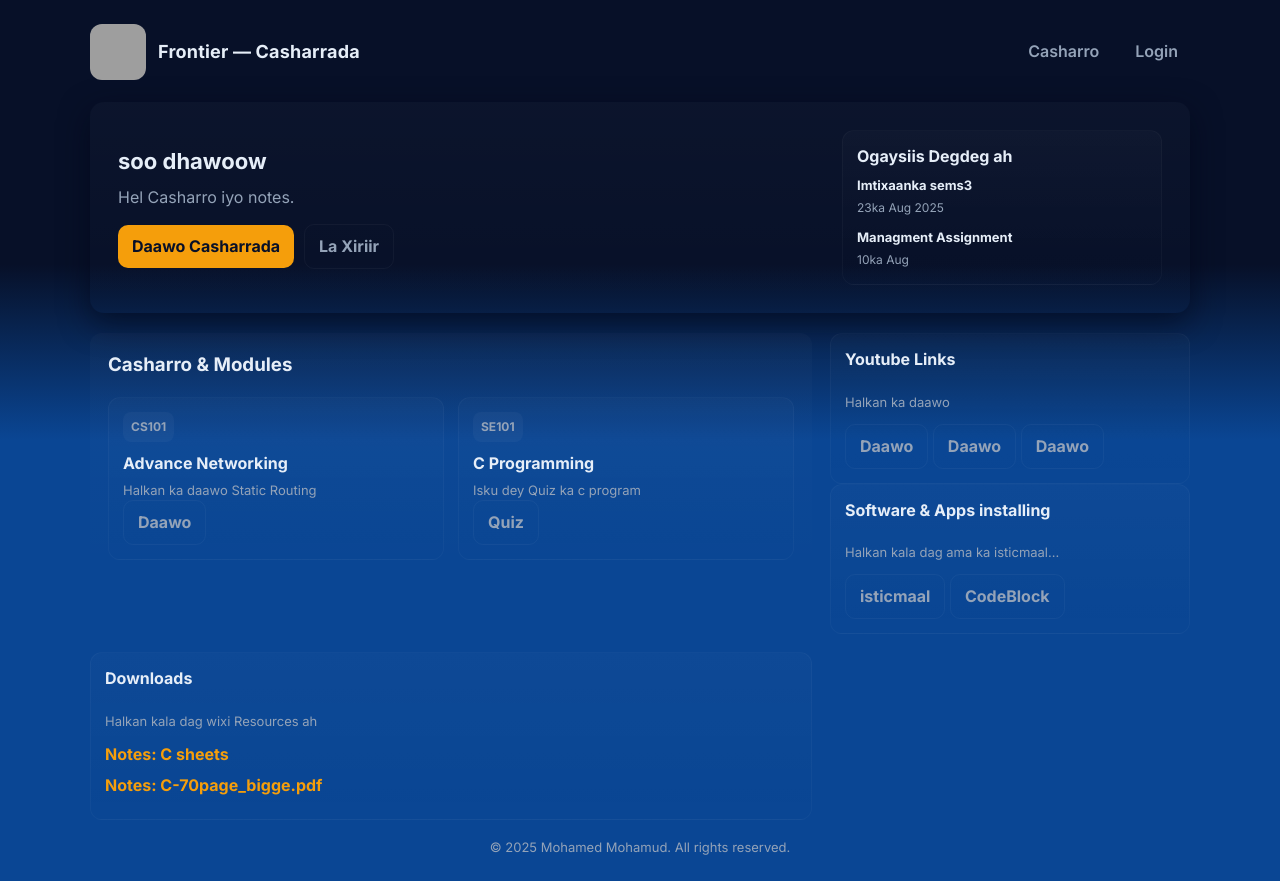
Repository: mrfiiqane/Al-Tacaawun.com
Page: index.html
An editor plug-in stored every save of this project. The page is shown before and after the next save, followed by the edit.
The browser window is 1280 px wide. The pictures show the whole page.
Pictures or frames that could not be fetched are drawn as grey boxes.

Above is the page before, as saved 2025-08-12 08:51:01.

After the next save:
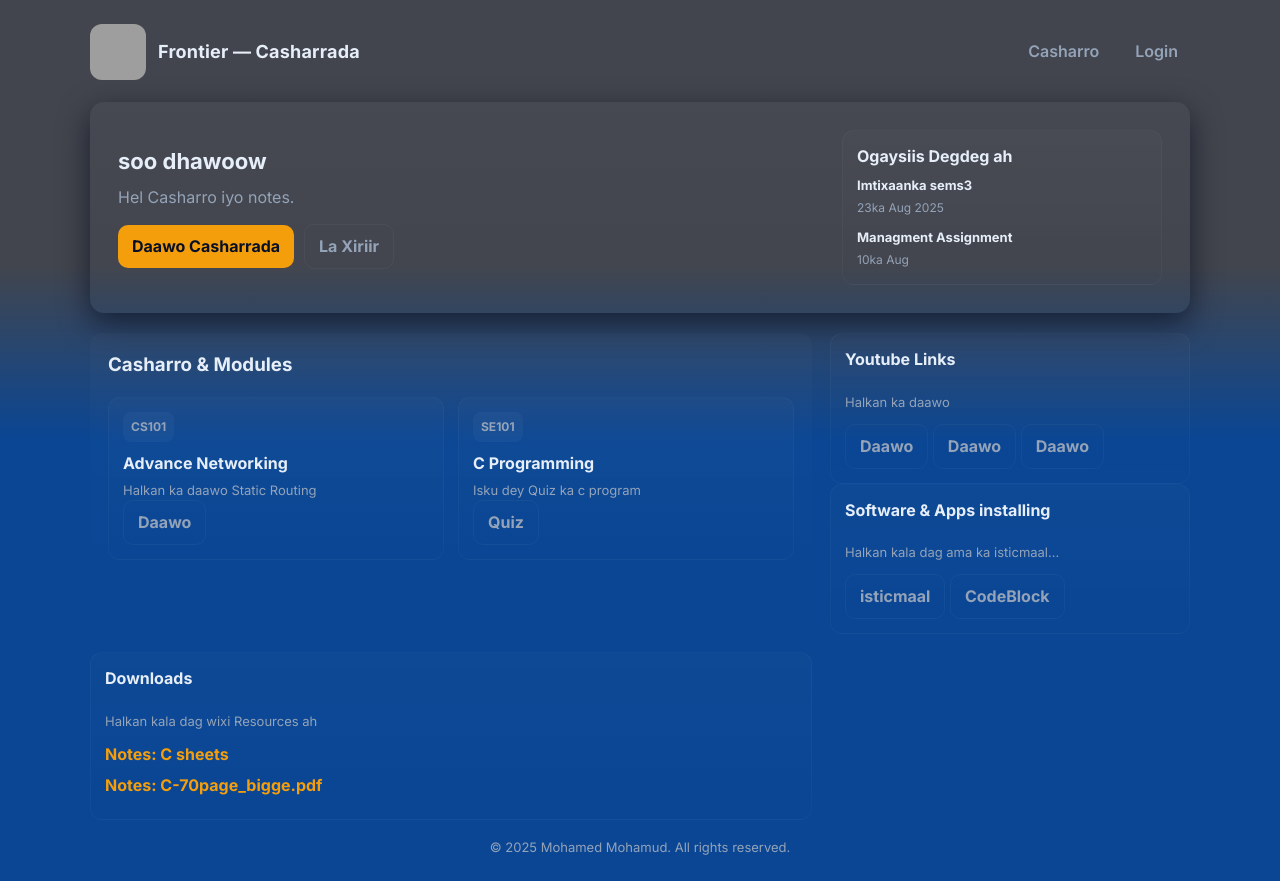
Saved 4 s later.
--- a/style.css
+++ b/style.css
@@ -15,7 +15,7 @@
     }
     body{
       margin:0;
-      background: linear-gradient(180deg,#071028 30%, #0a4694 50%);
+      background: linear-gradient(180deg,#42454d 30%, #0a4694 50%);
       color:#e6eef8;
       -webkit-font-smoothing:antialiased;
       -moz-osx-font-smoothing:grayscale;
